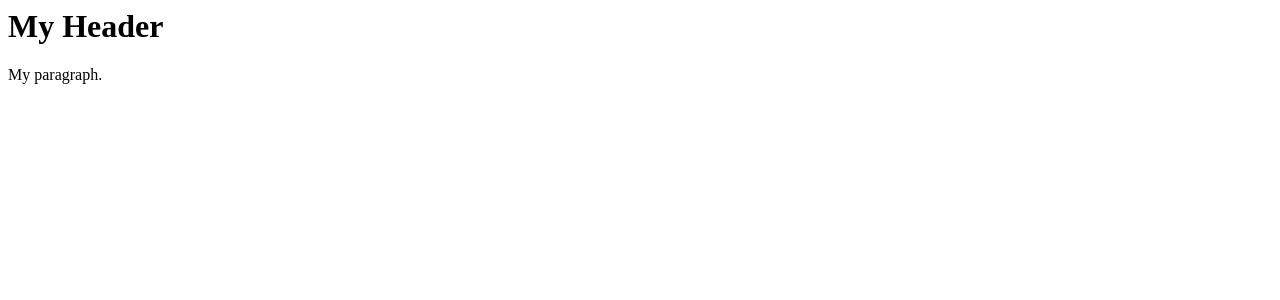
Repository: marticam/example-app
Page: index.html
An editor plug-in stored every save of this project. The page is shown before and after the next save, followed by the edit.
The browser window is 1280 px wide. The pictures show the whole page.

Above is the page before, as saved 2019-01-31 14:48:28.

After the next save:
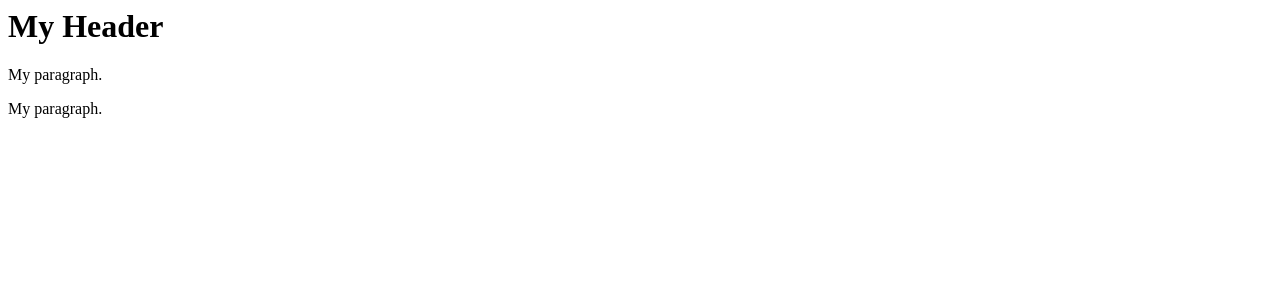
Saved 3 h 8 min later.
--- a/index.html
+++ b/index.html
@@ -3,6 +3,7 @@
 <body>
     <h1>My Header</h1>
     <p>My paragraph.</p>
+    <p>My paragraph.</p>
 </body>
 
 </html>
